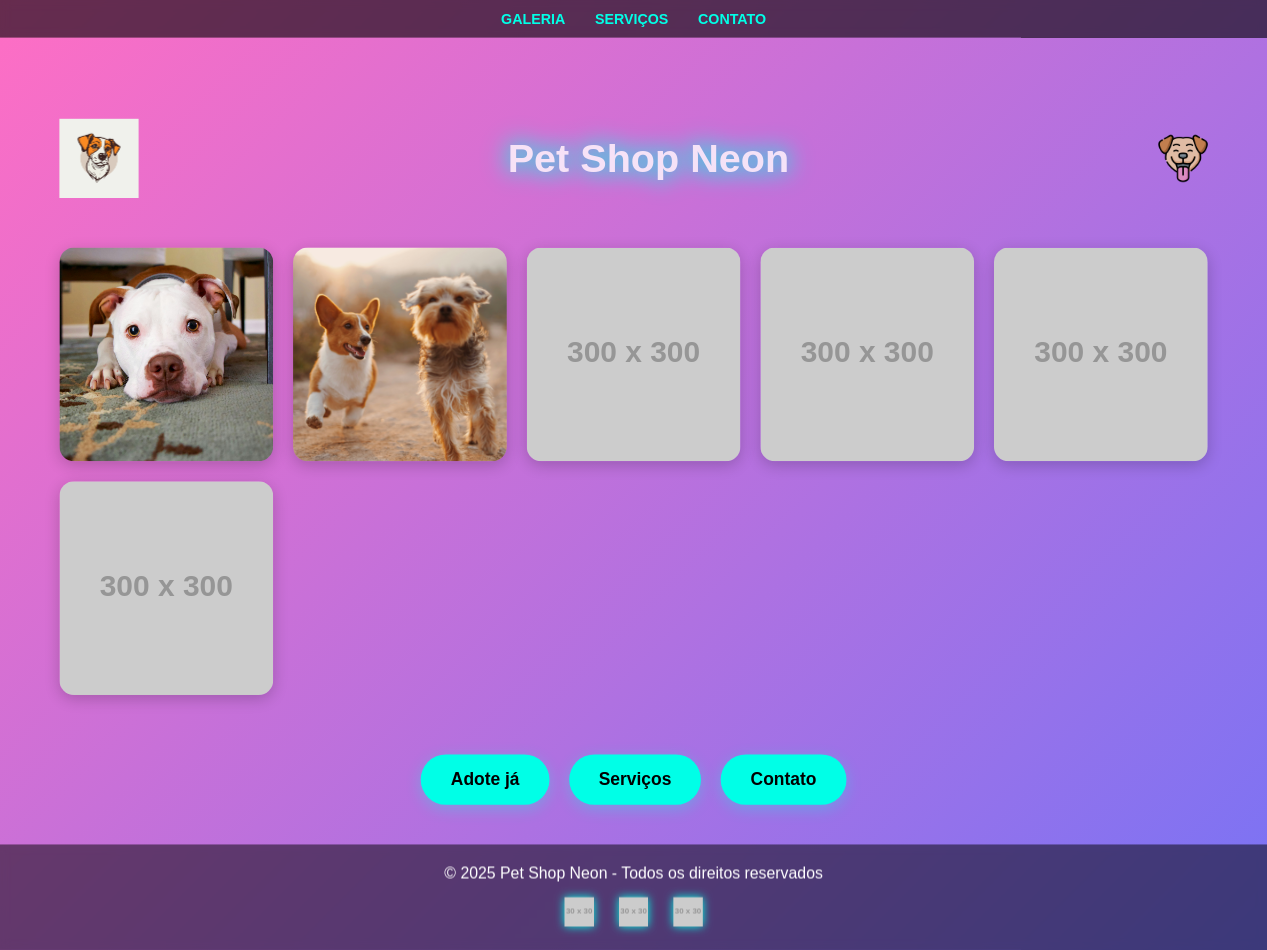
Repository: Sandro1969-tech/Desafio-petshop
Page: index.html
An editor plug-in stored every save of this project. The page is shown before and after the next save, followed by the edit.
The browser window is 1280 px wide. The pictures show the whole page, at 99% of full size.

Above is the page before, as saved 2025-12-09 18:36:54.

After the next save:
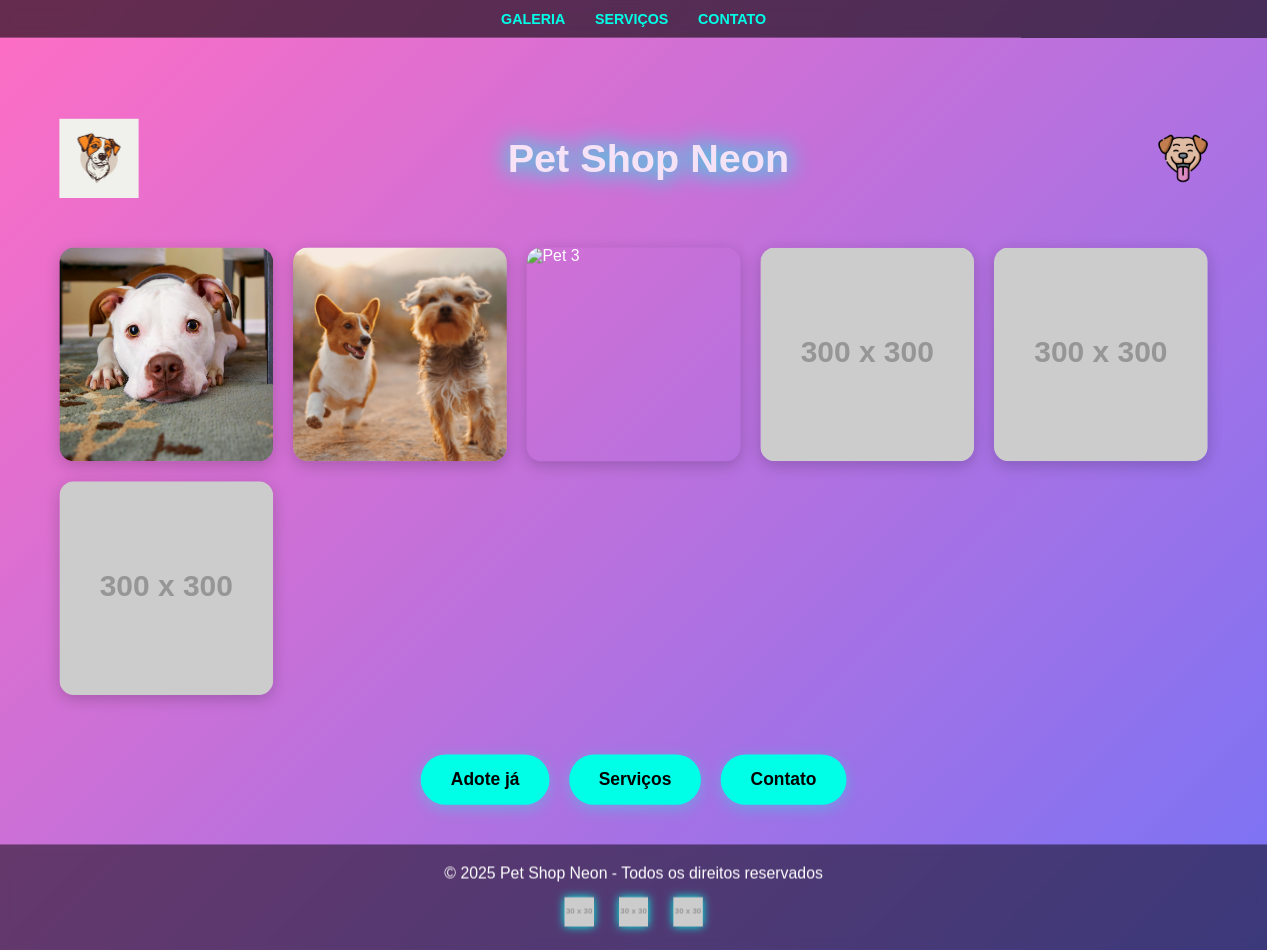
Saved 36 s later.
--- a/index.html
+++ b/index.html
@@ -27,7 +27,7 @@
     <section id="gallery" class="gallery">
       <img src="assets/image/cao1.jpg" alt="Pet 1">
       <img src="assets/image/cao2.jpg" alt="Pet 2">
-      <img src="https://via.placeholder.com/300" alt="Pet 3">
+      <img src="" alt="Pet 3">
       <img src="https://via.placeholder.com/300" alt="Pet 4">
       <img src="https://via.placeholder.com/300" alt="Pet 5">
       <img src="https://via.placeholder.com/300" alt="Pet 6">
